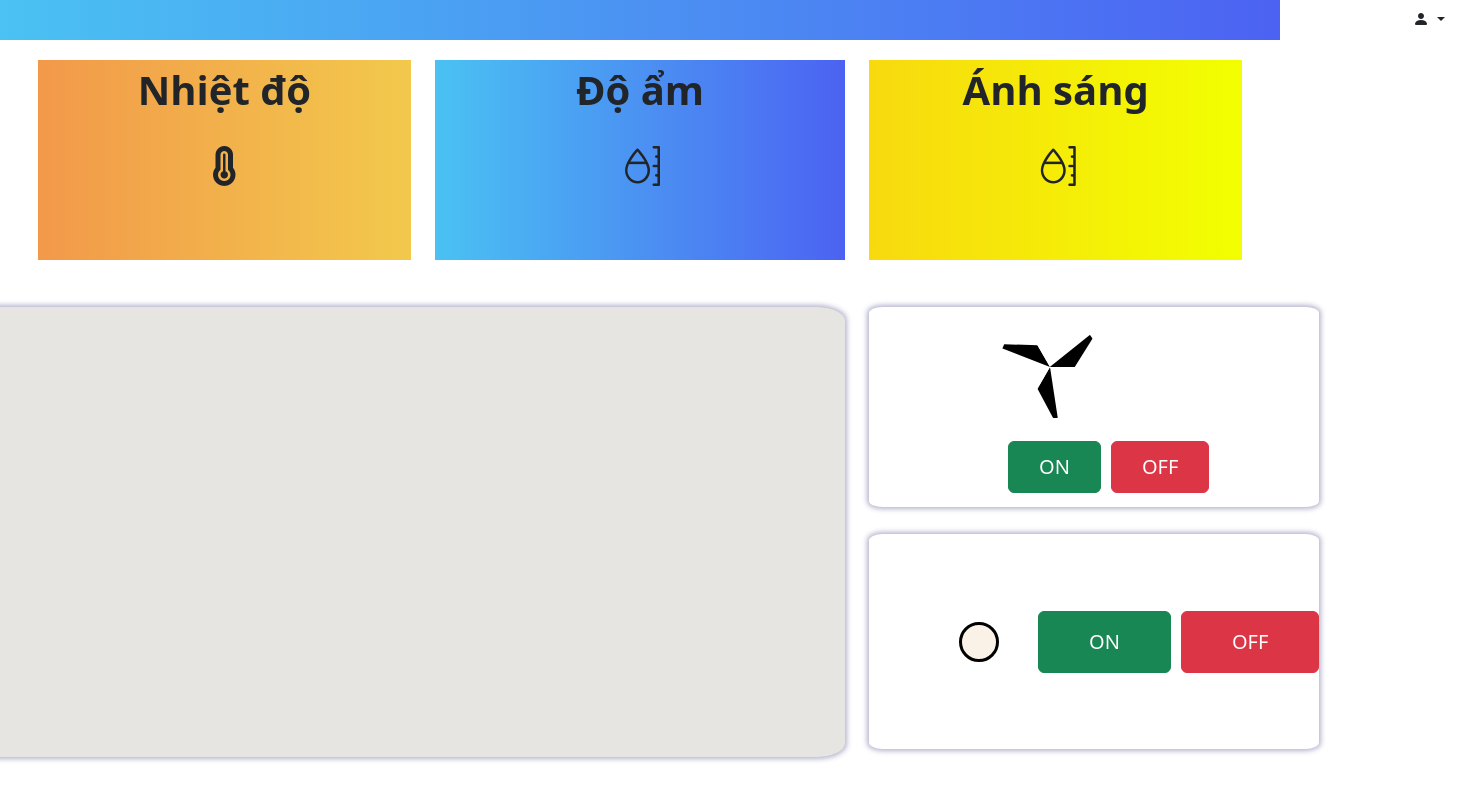
Repository: ndmq03102002/BTL_IOT
Page: Fontend_IOT/iot/index.html
An editor plug-in stored every save of this project. The page is shown before and after the next save, followed by the edit.
The browser window is 1280 px wide. The page is 1458 px wide, so the pictures cover 1458 px, including what lies to the right of the window. The pictures show the whole page.
Some web libraries are served in a nearby version.

Above is the page before, as saved 2023-09-07 10:11:35.

### Fontend_IOT/iot/index.html
<!DOCTYPE html>
<html lang="en">
<head>
    <meta charset="UTF-8">
    <meta name="viewport" content="width=device-width, initial-scale=1.0">
    <title>Document</title>
    <link rel="stylesheet" href="style.css">
    <link rel="stylesheet" href="bootstrap/css/bootstrap.css">
    <link rel="stylesheet" href="assets/fonts/fontawesome/css/fontawesome-all.min.css">
    <script src="https://cdnjs.cloudflare.com/ajax/libs/Chart.js/2.9.4/Chart.js"></script>
    <script src="https://kit.fontawesome.com/1be2f108e2.js" crossorigin="anonymous"></script>
    <link rel="stylesheet" href="https://cdn.jsdelivr.net/npm/bootstrap-icons@1.10.5/font/bootstrap-icons.css">
    <link rel="stylesheet" href="https://cdnjs.cloudflare.com/ajax/libs/font-awesome/6.0.0/css/all.min.css" integrity="sha512-9usAa10IRO0HhonpyAIVpjrylPvoDwiPUiKdWk5t3PyolY1cOd4DSE0Ga+ri4AuTroPR5aQvXU9xC6qOPnzFeg==" crossorigin="anonymous" referrerpolicy="no-referrer" />

</head>
<header style="width: 100%; height: 40px; margin :auto;background: linear-gradient(to right, #4ac2f2, #4c62f2)">

    <div class="col-sm-12">
        <div class="btn-group" style=" margin-left: 1300px;  ">
            <a class="btn btn-white dropdown-toggle" style="border-radius: 0%;display: block; margin-left: 100px;" href="#" role="button" data-bs-toggle="dropdown" aria-expanded="false">
                <i class="bi bi-person-fill"></i>
              </a>
            <ul class="dropdown-menu">
                <li><a href="javascript:" class="dropdown-item"><i class="bi bi-person"></i> MSV: B20DCCN064</a></li>
                <li><a href="javascript:" class="dropdown-item"><i class="bi bi-phone"></i> Phone: 0399602556</a></li>
                <li><a href="message.html" class="dropdown-item"><i class="bi bi-envelope"></i> Email: Caibutchi2672gmail.com</a></li>
            </ul>
          </div>
</header>
<body>
     <div  style="background-color:white;height:700px; margin-bottom: 50px;">
        <div class="row">
            <div  class="col-sm-4 col-pd"style="padding-left: 50px;" >
                <div class="khoi1 khoi-size">
                        <p >Nhiệt độ</p>
                        <p style="display: inline; " class="count1"></p>
                        <span><i class='fa-solid fa-temperature-full'></i></span>

                </div>
            </div>
            <div class="col-sm-4 col-pd">
                <div class="khoi2 khoi-size">
                    <p> Độ ẩm</p>
                    <p style="display: inline;" class="count2"></p>
                    <span> <i class="bi bi-moisture"></i></span>
                </div>
            </div>
            <div class="col-sm-4 col-pd" style="padding-right: 50px;">
                <div class="khoi3 khoi-size">
                    <p>Ánh sáng</p>
                    <p style="display: inline;" class="count3"></p>
                    <span> <i class="bi bi-moisture"></i></span>
                </div>
            </div>
            <div class="col-sm-8 " >
                <div class="khoi" style="height: 450px;width: 950px; float:right">
                    <canvas id="myChart" style="border-radius: 3%; width:100%;height: 100%;background-color: rgb(231, 229, 226);"></canvas>
                </div>
            </div>
            <div class="col-sm-4 ">
                <div class="khoi khoiii" style=" background-color: white; height: 200px; width: 450px; float: left; display: flex; justify-content: center; align-items: center;">
                    <div class="fan">
                        <div class="blade blade-1"></div>
                        <div class="blade blade-2"></div>
                        <div class="blade blade-3"></div>
                        <div class="stand"></div>
                    </div>
                    <div class="button" style="margin-top:120px; margin-right: 110px;">
                        <button class="btn btn-success " onclick="OnFan()" style="--bs-btn-padding-y: 10px; --bs-btn-padding-x: 30px; --bs-btn-font-size: 20px; ">ON</button>
                         <button class="btn btn-danger " onclick="OffFan()" style="--bs-btn-padding-y: 10px; --bs-btn-padding-x: 30px; --bs-btn-font-size: 20px;">OFF</button>
                    </div>
                </div>
                <div class="khoi " style="background-color: white; margin-bottom: 20px; height: 215px; width: 450px; float: left; display: flex; justify-content: center; align-items: center;">
                    <div class="light" >
                        <div class="light-bulb" > </div>
                    </div>
                    <div class="button"  style="margin: auto;">
                        <button class="btn btn-success " onclick="OnLight()" style="--bs-btn-padding-y: 15px; --bs-btn-padding-x: 50px; --bs-btn-font-size: 20px; ">ON</button>
                         <button class="btn btn-danger " onclick="OffLight()" style="--bs-btn-padding-y: 15px; --bs-btn-padding-x: 50px; --bs-btn-font-size: 20px;">OFF</button>

                    </div>

                </div>
            </div>
        </div>
    </div>
    <p>

    <script src="https://cdn.jsdelivr.net/npm/axios/dist/axios.min.js"></script>
    <script src="js.js"></script>
    <script src="jquery.js"></script>
    <script src="popper.min.js"></script>
    <script src="bootstrap/js/bootstrap.min.js"></script>
</body>
</html>

### Fontend_IOT/iot/style.css
html {
  margin: 0;
  padding: 0;
}

.khoi {
  width: 100%;
  height: 200px;
  margin-right: 0px;
  margin-bottom: 27px;
  background-color: #9fb4d0;

  box-shadow: 0px 0px 5px 2px rgba(97, 95, 151, 0.47);
  border-radius: 3%;
}
.khoi1 {
  width: 100%;
  height: 200px;
  margin-right: 0px;
  margin-bottom: 27px;
  background: linear-gradient(to right, #f2994a, #f2c94c);
}
.khoi2 {
  width: 100%;
  height: 200px;
  margin-right: 0px;
  margin-bottom: 27px;
  background: linear-gradient(to right, #4ac2f2, #4c62f2);
}
.khoi3 {
  width: 100%;
  height: 200px;
  margin-right: 0px;
  margin-bottom: 27px;
  background: linear-gradient(to right, #f8d90f, #f2ff00);
}
.khoii {
  width: 100%;
  height: 500px;
  background-color: black;
}
.abc {
  margin-bottom: 30px;
}
.col-pd {
  padding: 20px;
}
.khoi-size {
  font-size: 40px;
  font-weight: bold;
  text-align: center;
}
.fan {
  width: 200px;
  height: 200px;
  position: relative;
}

.blade {
  width: 0;
  height: 0;
  position: absolute;
  top: 10%;
  left: 130%;
  transform-origin: 0 50%;
  background-color: #000000;
  border-radius: 50%;
}

.blade-1 {
  width: 50px;
  height: 80px;
  clip-path: polygon(0 50%, 100% 0, 50% 50%);
  transform: rotate(0deg);
  /* animation: rotateFan1 1s linear infinite; */
}

.blade-2 {
  width: 50px;
  height: 80px;
  clip-path: polygon(0 50%, 100% 0, 50% 50%);
  transform: rotate(120deg);
  /* animation: rotateFan2 1s linear infinite; */
}

.blade-3 {
  width: 50px;
  height: 80px;
  clip-path: polygon(0 50%, 100% 0, 50% 50%);
  transform: rotate(240deg);
  /* animation: rotateFan3 1s linear infinite; */
}

@keyframes rotateFan2 {
  to {
    transform: rotate(480deg);
  }
}
@keyframes rotateFan1 {
  to {
    transform: rotate(360deg);
  }
}
@keyframes rotateFan3 {
  to {
    transform: rotate(600deg);
  }
}
.button {
  display: flex;
  flex-direction: row;
  justify-content: space-between;
}

.button .btn-success {
  margin-right: 10px; /* Thêm khoảng cách bên phải cho nút "ON" */
}
.light {
  width: 200px;
  height: 200px;
}

.light-bulb {
  width: 40px;
  height: 40px;
  background-color: rgb(251 242 231);
  border: 3px solid #000;
  border-radius: 50%;
  position: relative;
  left: 90px;
  top: 80px;
}
@keyframes bulbLight {
  to {
    border: 5px solid transparent;
    box-shadow: 0 0 30px 50px rgba(255, 255, 0, 0.912);
  }
}

### Fontend_IOT/iot/js.js
let Listbox = document.querySelectorAll(".khoi-size");
let box1 = Listbox[0];
let box2 = Listbox[1];
let box3 = Listbox[2];
// let arrayP = box.getElementsByTagName("p");
// console.log(arrayP[1].innerText);

let countTemp = document.getElementsByClassName(".count1").innerText;
let countHum = document.getElementsByClassName(".count2").innerText;
let countLight = document.getElementsByClassName(".count3").innerText;

let count = 0;

function changeTemp() {
  if (countTemp <= 10) {
    box1.style.backgroundColor = "#9fb4d0";
  } else if (countTemp <= 25) {
    box1.style.backgroundColor = "#3fc848";
  } else if (countTemp <= 35) {
    box1.style.backgroundColor = "#c8b83f";
  } else {
    box1.style.backgroundColor = "#c83f3f";
  }
  if (countTemp > 50) {
    box1.style.backgroundColor = "#fd0606";
  }
}
function changeHum() {
  if (countHum <= 10) {
    box2.style.backgroundColor = "#9fb4d0";
  } else if (countHum <= 25) {
    box2.style.backgroundColor = "#3fc848";
  } else if (countHum <= 35) {
    box2.style.backgroundColor = "#c8b83f";
  } else {
    box2.style.backgroundColor = "#c83f3f";
  }
  if (countHum > 50) {
    box2.style.backgroundColor = "#fd0606";
  }
}
function changeLight() {
  if (countLight <= 10) {
    box3.style.backgroundColor = "#9fb4d0";
  } else if (countLight <= 25) {
    box3.style.backgroundColor = "#3fc848";
  } else if (countLight <= 35) {
    box3.style.backgroundColor = "#c8b83f";
  } else {
    box3.style.backgroundColor = "#c83f3f";
  }
  if (countLight > 50) {
    box3.style.backgroundColor = "#fd0606";
  }
}
function getTempAllData() {
  fetch("http://localhost:8080/Iot/getAllData")
    .then(function (response) {
      return response.json();
    })
    .then(function (posts) {
      const temp = [];
      const hum = [];
      const light = [];
      for (let key of posts) {
        temp.push(key.temperature);
        hum.push(key.humidity);
        light.push(key.light);
      }
      // hiển thị nhiệt độ
      countTemp = document.querySelector(".count1").innerText =
        temp[temp.length - 1];
      countHum = document.querySelector(".count2").innerText =
        hum[hum.length - 1];
      countLight = document.querySelector(".count3").innerText =
        light[light.length - 1];
      console.log("hello");
      changeTemp();
      changeHum();
      changeLight();
      //hiển thị đồ thị
      const xValues = [1, 5, 10, 15, 20, 25, 30, 35, 40, 45];
      type: "line",
        new Chart("myChart", {
          type: "line",
          data: {
            labels: xValues,
            datasets: [
              {
                data: temp,
                borderColor: "red",
                fill: false,
              },
              {
                data: hum,
                borderColor: "green",
                fill: false,
              },
              {
                data: light,
                borderColor: "blue",
                fill: false,
              },
            ],
          },
          options: {
            legend: { display: false },
            scales: {
              yAxes: [
                {
                  ticks: {
                    min: 1, // Giá trị tối thiểu trên trục tung
                    max: 100, // Giá trị tối đa trên trục tung
                    stepSize: 5, // Bước giữa các giá trị
                  },
                },
              ],
            },
          },
        });
    })
    .catch(function (err) {
      console.log(err);
    });
}
function OnFan() {
  const blade1 = (document.querySelector(".blade-1").style.animation =
    "rotateFan1 1s linear infinite");
  const blade2 = (document.querySelector(".blade-2").style.animation =
    "rotateFan2 1s linear infinite");
  const blade3 = (document.querySelector(".blade-3").style.animation =
    "rotateFan3 1s linear infinite");
}
function OffFan() {
  const blade1 = document
    .querySelector(".blade-1")
    .style.removeProperty("animation");
  const blade2 = document
    .querySelector(".blade-2")
    .style.removeProperty("animation");
  const blade3 = document
    .querySelector(".blade-3")
    .style.removeProperty("animation");
}
function OnLight() {
  const light = (document.querySelector(".light-bulb").style.animation =
    "bulbLight 1s linear forwards");
}
function OffLight() {
  const light = document
    .querySelector(".light-bulb")
    .style.removeProperty("animation");
}

Loaded but not shown: Fontend_IOT/iot/bootstrap/css/bootstrap.css (library); Fontend_IOT/iot/jquery.js (library); Fontend_IOT/iot/popper.min.js (library); Fontend_IOT/iot/bootstrap/js/bootstrap.min.js (library)

After the next save:
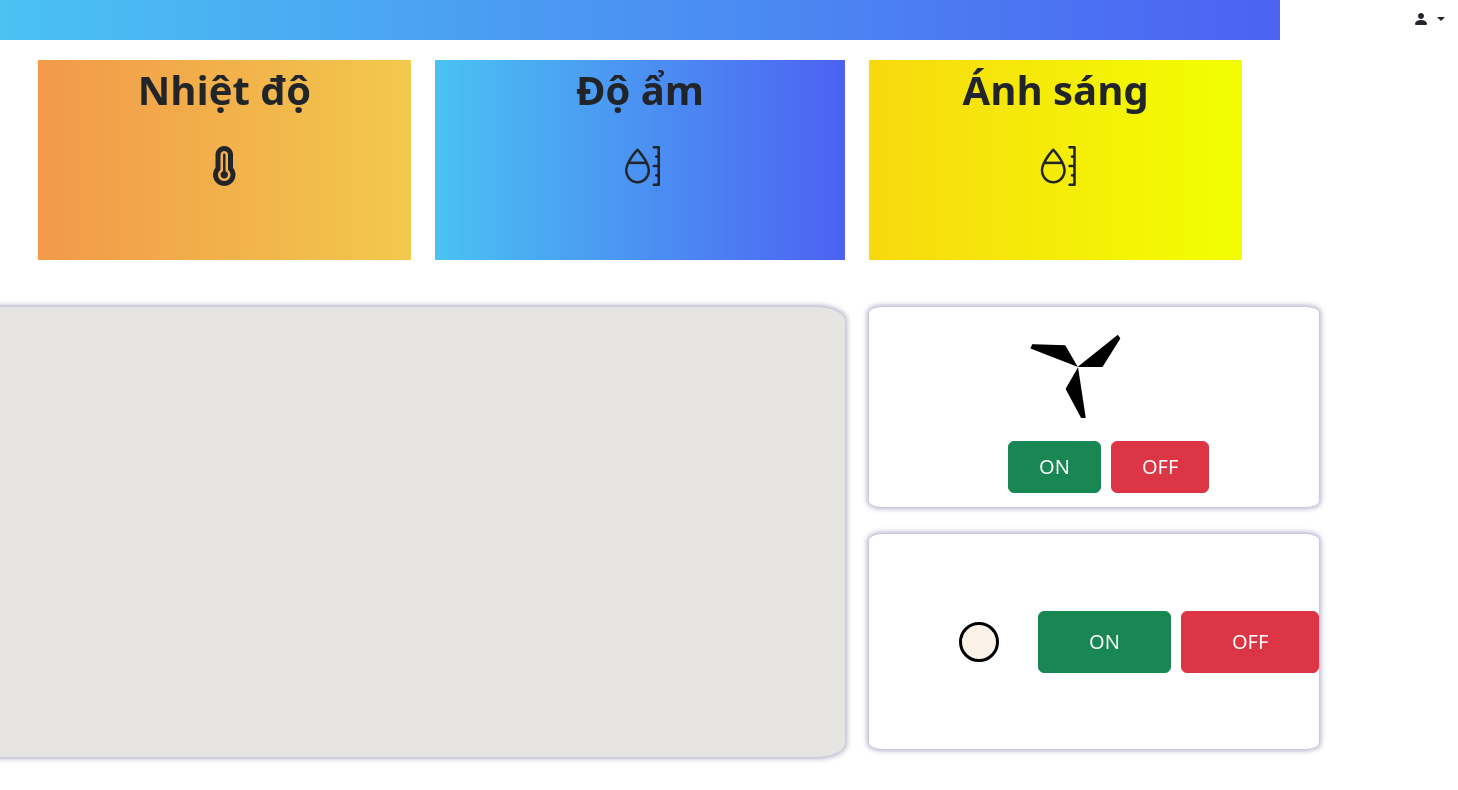
Saved 6 s later.
--- a/Fontend_IOT/iot/style.css
+++ b/Fontend_IOT/iot/style.css
@@ -61,7 +61,7 @@ html {
   height: 0;
   position: absolute;
   top: 10%;
-  left: 130%;
+  left: 150%;
   transform-origin: 0 50%;
   background-color: #000000;
   border-radius: 50%;
